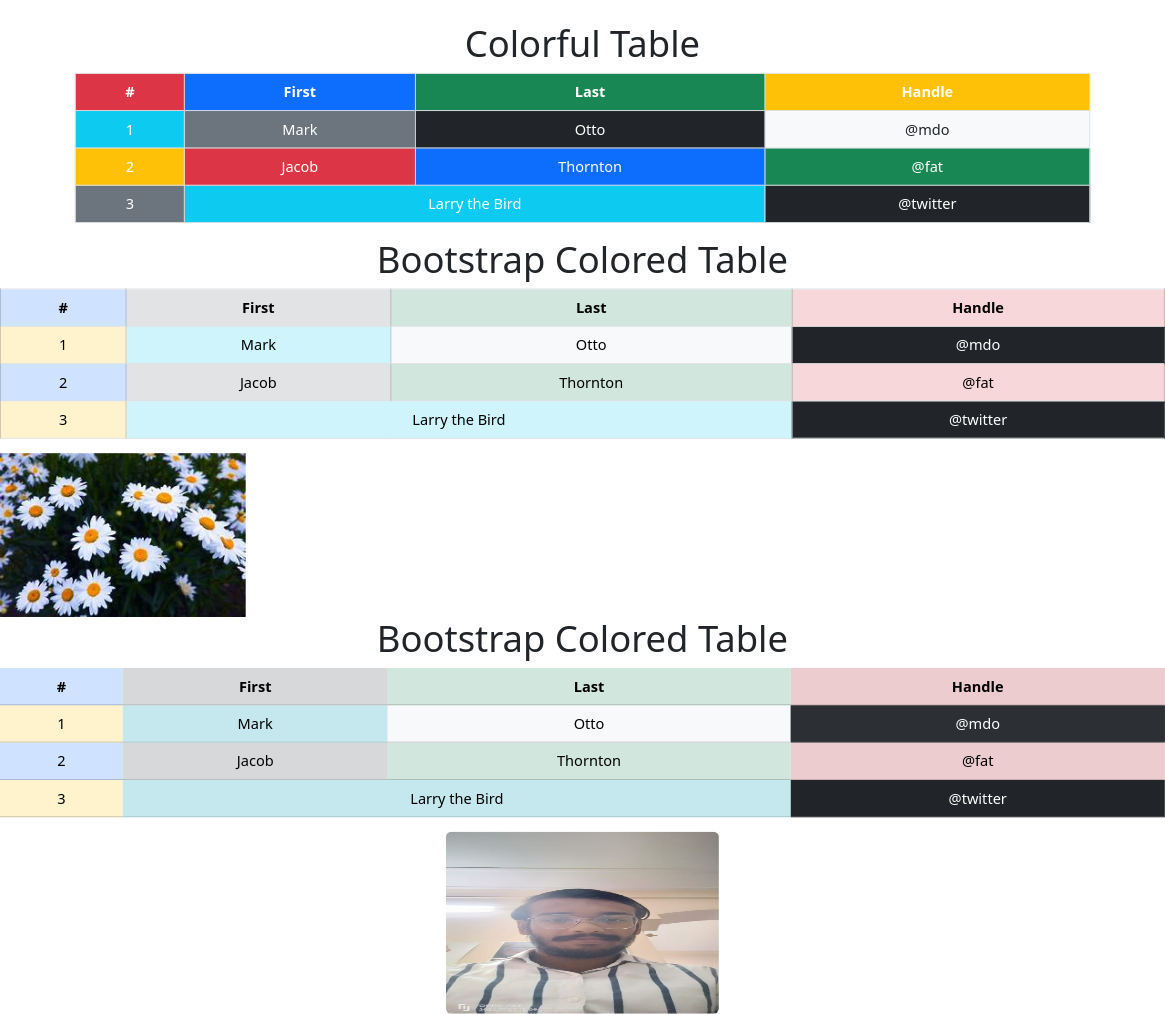
Repository: arunyerram/Web-TEChnologies
Page: BootstrapTables.html
An editor plug-in stored every save of this project. The page is shown before and after the next save, followed by the edit.
The browser window is 1280 px wide. The pictures show the whole page, at 91% of full size.

Above is the page before, as saved 2025-02-22 11:39:06.

### BootstrapTables.html
<!DOCTYPE html>
<html lang="en">
<head>
    <meta charset="UTF-8">
    <meta name="viewport" content="width=device-width, initial-scale=1.0">
    <title>Colorful Table</title>
    <link href="https://cdn.jsdelivr.net/npm/bootstrap@5.3.3/dist/css/bootstrap.min.css" rel="stylesheet">
    <script src="https://cdn.jsdelivr.net/npm/bootstrap@5.3.3/dist/js/bootstrap.bundle.min.js"></script>
    <style>
        table {
            border-collapse: collapse;
            width: 100%;
        }
        th, td {
            padding: 10px;
            text-align: center;
        }
        .table-custom th, .table-custom td {
            color: white;
        }
    </style>
</head>
<body>
    <div class="container mt-4">
        <h1 class="text-center">Colorful Table</h1>
        <table class="table table-bordered table-custom">
            <thead>
                <tr>
                    <th class="bg-danger">#</th>
                    <th class="bg-primary">First</th>
                    <th class="bg-success">Last</th>
                    <th class="bg-warning">Handle</th>
                </tr>
            </thead>
            <tbody>
                <tr>
                    <td class="bg-info">1</td>
                    <td class="bg-secondary">Mark</td>
                    <td class="bg-dark">Otto</td>
                    <td class="bg-light text-dark">@mdo</td>
                </tr>
                <tr>
                    <td class="bg-warning">2</td>
                    <td class="bg-danger">Jacob</td>
                    <td class="bg-primary">Thornton</td>
                    <td class="bg-success">@fat</td>
                </tr>
                <tr>
                    <td class="bg-secondary">3</td>
                    <td class="bg-info" colspan="2">Larry the Bird</td>
                    <td class="bg-dark">@twitter</td>
                </tr>
            </tbody>
        </table>
    </div>


    <h1 class="text-center">Bootstrap Colored Table</h1>
        <table class="table table-bordered">
            <thead>
                <tr>
                    <th class="table-primary">#</th>
                    <th class="table-secondary">First</th>
                    <th class="table-success">Last</th>
                    <th class="table-danger">Handle</th>
                </tr>
            </thead>
            <tbody>
                <tr>
                    <td class="table-warning">1</td>
                    <td class="table-info">Mark</td>
                    <td class="table-light">Otto</td>
                    <td class="table-dark text-white">@mdo</td>
                </tr>
                <tr>
                    <td class="table-primary">2</td>
                    <td class="table-secondary">Jacob</td>
                    <td class="table-success">Thornton</td>
                    <td class="table-danger">@fat</td>
                </tr>
                <tr>
                    <td class="table-warning">3</td>
                    <td class="table-info" colspan="2">Larry the Bird</td>
                    <td class="table-dark text-white">@twitter</td>
                </tr>
            </tbody>
        </table>
        <img src="./image.jpg" class="img-fluid" alt="...">
        <h1 class="text-center">Bootstrap Colored Table</h1>
        <table class="table table-dark table-striped-columns">
            <thead>
                <tr>
                    <th class="table-primary">#</th>
                    <th class="table-secondary">First</th>
                    <th class="table-success">Last</th>
                    <th class="table-danger">Handle</th>
                </tr>
            </thead>
            <tbody>
                <tr>
                    <td class="table-warning">1</td>
                    <td class="table-info">Mark</td>
                    <td class="table-light">Otto</td>
                    <td class="table-dark text-white">@mdo</td>
                </tr>
                <tr>
                    <td class="table-primary">2</td>
                    <td class="table-secondary">Jacob</td>
                    <td class="table-success">Thornton</td>
                    <td class="table-danger">@fat</td>
                </tr>
                <tr>
                    <td class="table-warning">3</td>
                    <td class="table-info" colspan="2">Larry the Bird</td>
                    <td class="table-dark text-white">@twitter</td>
                </tr>
            </tbody>
        </table>

        <img src="Arun.jpg" class="rounded mx-auto d-block" alt="..." height="200px" width="300px">
</body>
</html>

After the next save:
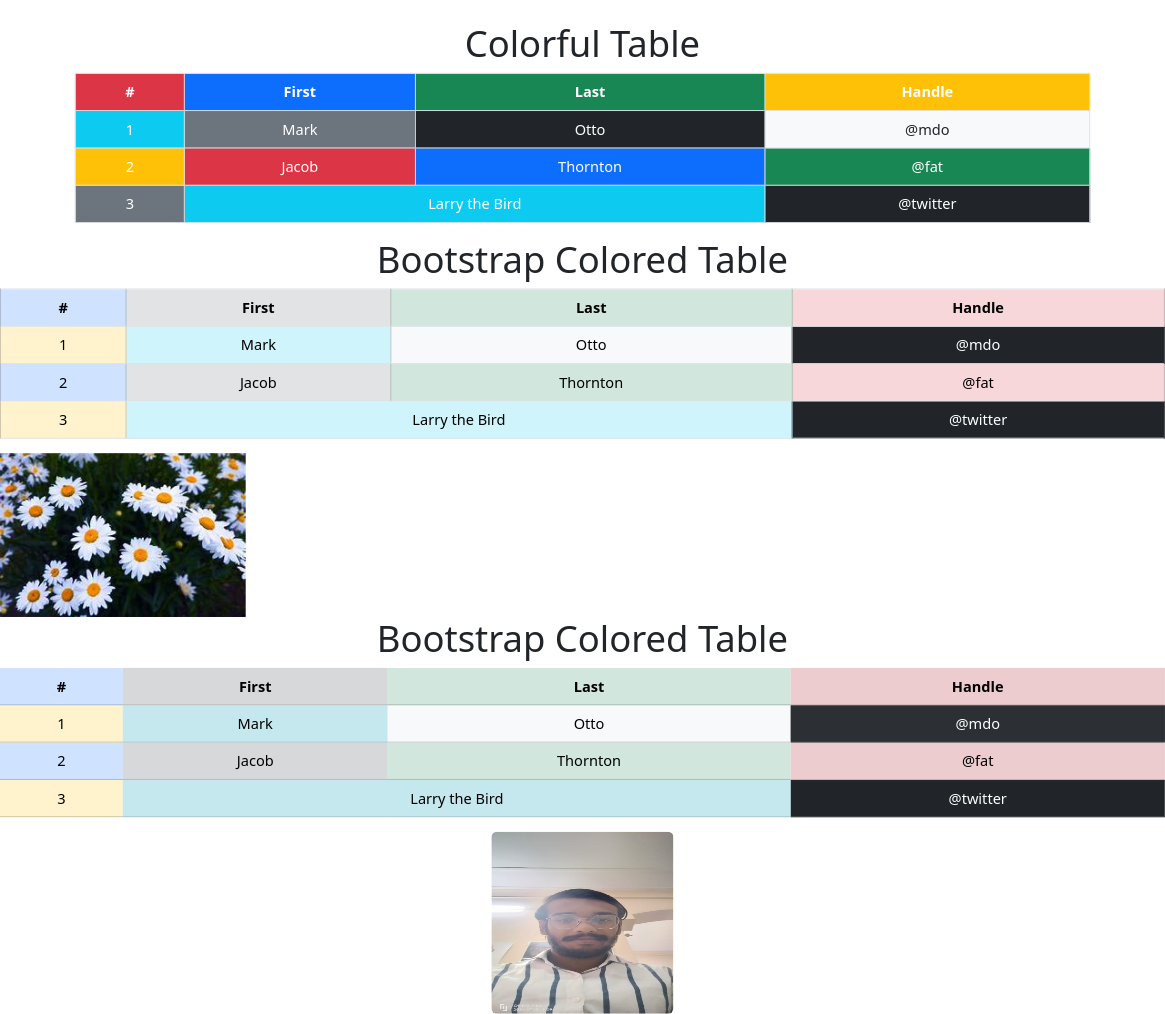
Saved 4 s later.
--- a/BootstrapTables.html
+++ b/BootstrapTables.html
@@ -117,6 +117,6 @@
             </tbody>
         </table>
 
-        <img src="Arun.jpg" class="rounded mx-auto d-block" alt="..." height="200px" width="300px">
+        <img src="Arun.jpg" class="rounded mx-auto d-block" alt="..." height="200px" width="200px">
 </body>
 </html>
